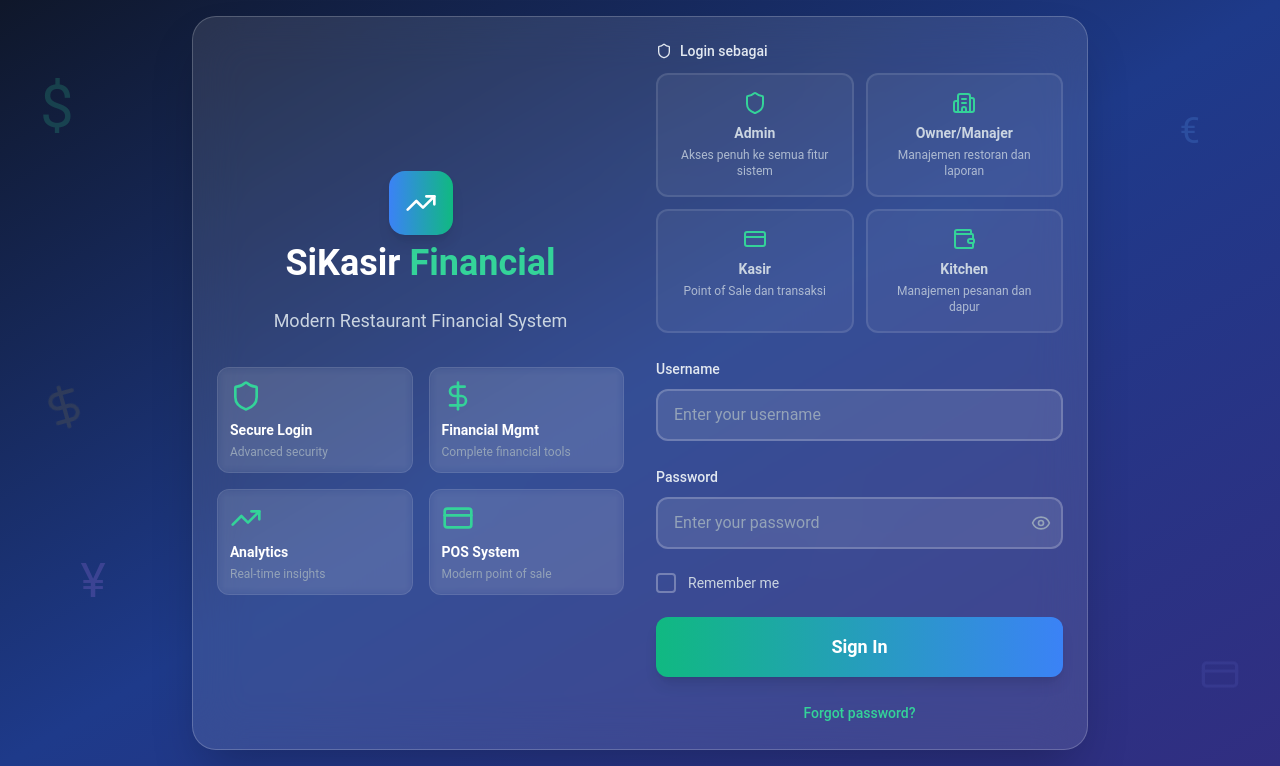
Repository: luthfirf17/SiKasir
Page: / (app in frontend/)
An editor plug-in stored every save of this project. The page is shown before and after the next save, followed by the edit.
The browser window is 1280 px wide. The pictures show the whole page.
The page's requests for data from a server got no answer. The project was rebuilt for these pictures with package versions that can differ from the ones it lists, and the page was loaded fresh each time. No one was signed in, and anything a server would have sent is missing. Also part of the build but not shown: frontend/src/modules/admin/config/navigationConfig.ts, frontend/src/modules/admin/components/ModernAdminNavigation.tsx, frontend/src/modules/admin/components/AdminNavbar.tsx, frontend/src/modules/admin/layouts/AdminLayout.tsx, frontend/src/modules/admin/pages/DashboardPage.tsx, frontend/src/services/MenuService.ts, frontend/src/utils/menuDataConverter.ts, frontend/src/hooks/useMenuData.ts and 19 more.

Above is the page before, as saved 2025-09-25 17:35:45.

After the next save:
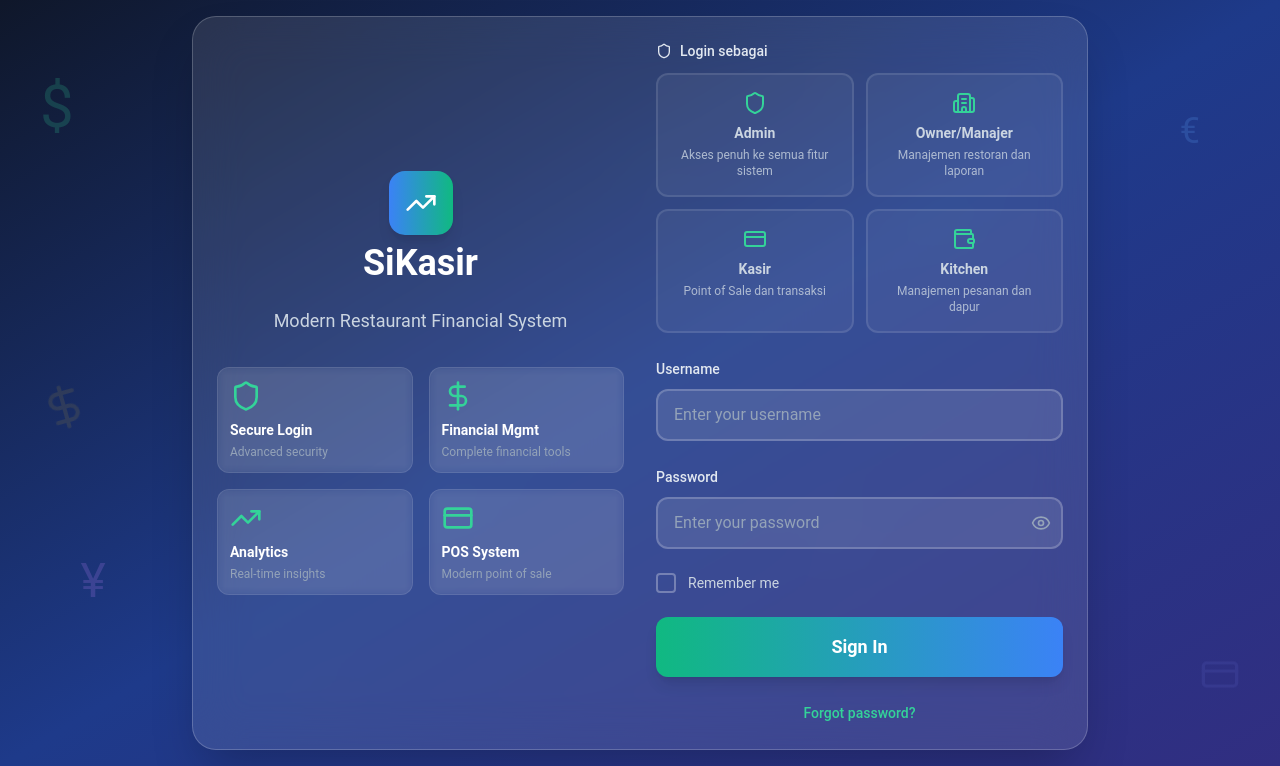
Saved 72 s later.
--- a/frontend/src/pages/LoginPage.tsx
+++ b/frontend/src/pages/LoginPage.tsx
@@ -204,7 +204,7 @@ const LoginPage = () => {
                     <TrendingUp className="h-8 w-8 text-white" />
                   </div>
                   <h1 className="text-3xl lg:text-4xl font-bold text-white text-center">
-                    SiKasir <span className="text-emerald-400">Financial</span>
+                    SiKasir
                   </h1>
                 </div>
                 <p className="text-slate-300 text-lg mb-8 text-center">
